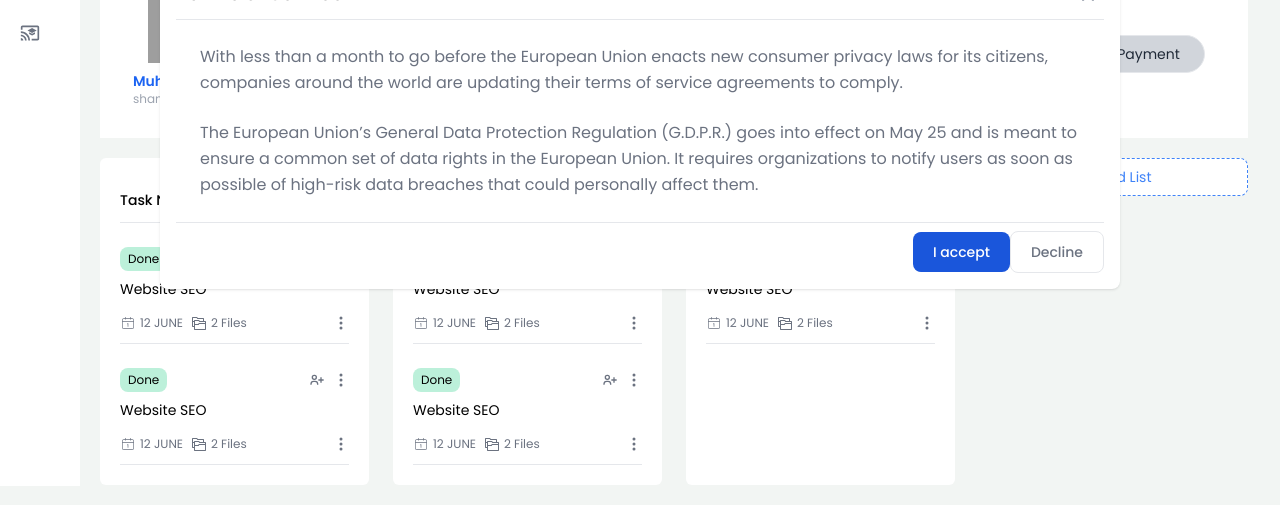
Repository: Shamraiz761/Frontend-Assessment
Page: /, after clicking the first element matching `button.bg-white`
The author's editor kept a copy of each file at every save. The page is drawn from the files as they stood at one save, then again after the next save.
The browser window is 1280 px wide. The pictures show the part of the page from y = 234 to 739 px (the page is 739 px tall).
Pictures or frames that could not be fetched are drawn as grey boxes. The project was rebuilt for these pictures with package versions that can differ from the ones it lists, and the page was loaded fresh each time. Also part of the build but not shown: vite.config.js. Imported but missing from the stored project, and not drawn on this page: src/pages/auth/login.

Above is the page before, as saved 2023-06-09 12:47:31.

After the next save:
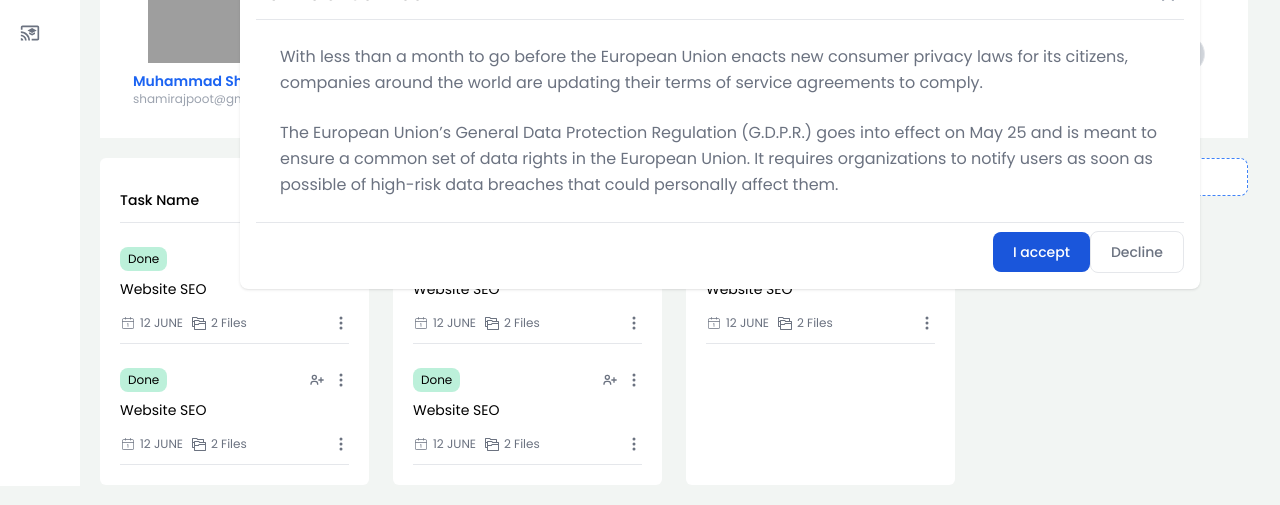
Saved 16 s later.
--- a/src/pages/Dashboard/index.jsx
+++ b/src/pages/Dashboard/index.jsx
@@ -61,7 +61,7 @@ function Home() {
             <h1>Add List</h1>
           </button>
           {isModalOpen && (
-            <div className="fixed w-9/12 top-0 left-0 right-0 bottom-0 z-50 flex min-h-screen ml-40 items-center justify-center">
+            <div className="fixed w-9/12 top-0 left-0 right-0 bottom-0 z-50 flex min-h-screen ml-60 items-center justify-center">
               <div className="absolute bg-white rounded-lg shadow p-4">
                 {/* Modal header */}
                 <div className="flex items-start justify-between border-b pb-2">
